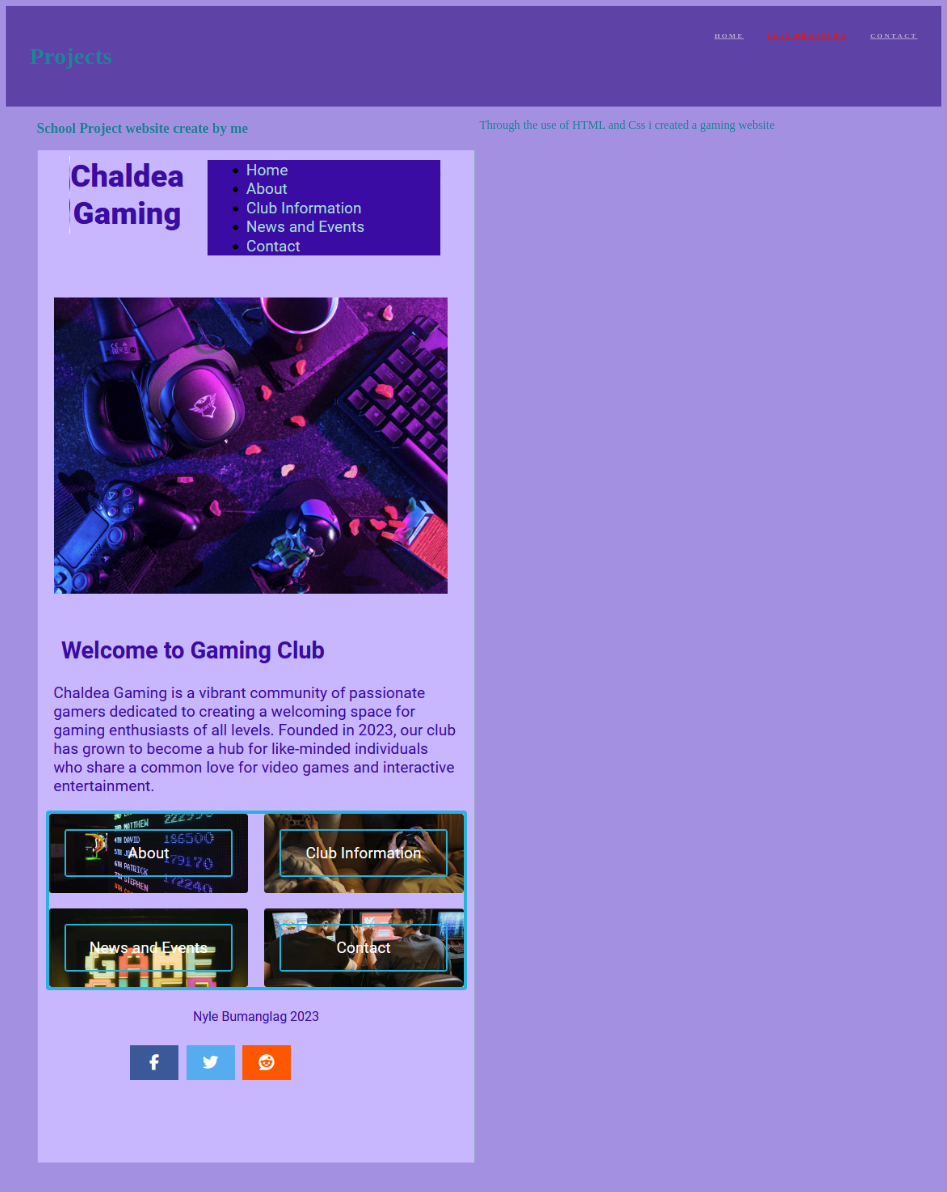
Repository: NyleNC/main
Page: projects.html
The author's editor kept a copy of each file at every save. The page is drawn from the files as they stood at one save, then again after the next save.
The browser window is 1280 px wide. The pictures show the whole page, at 74% of full size.

Above is the page before, as saved 2024-11-07 00:40:03.

After the next save:
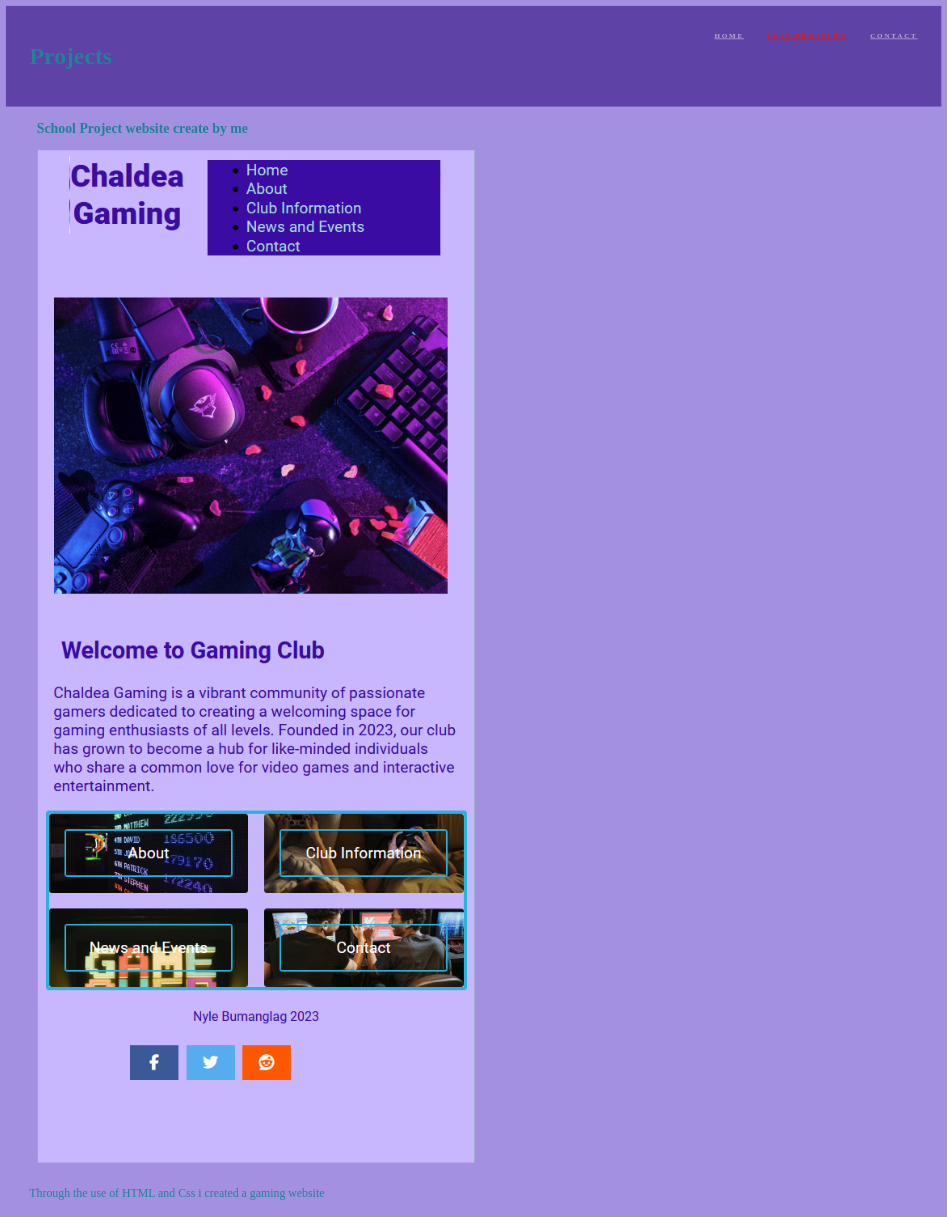
Saved 9 s later.
--- a/projects.html
+++ b/projects.html
@@ -21,8 +21,9 @@
             <div >
             <h3>School Project website create by me </h3>
             <img src="Images/website.png" alt="website"class="image-fit" >
+            <p>Through the use of HTML and Css i created a gaming website </p>
         </div>
-        <p>Through the use of HTML and Css i created a gaming website </p>
+
         </div>
 
 
